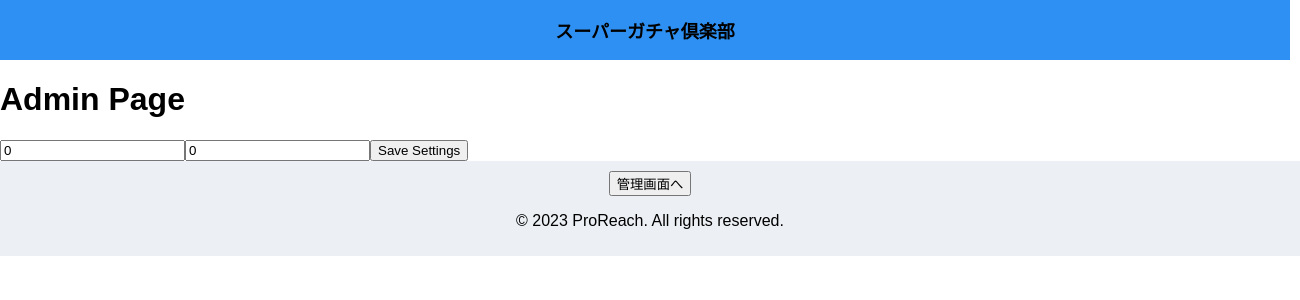
Repository: kskw0000/gggacha
Page: /admin (app in fronted/)
The author's editor kept a copy of each file at every save. The page is drawn from the files as they stood at one save, then again after the next save.
The browser window is 1280 px wide. The page is 1300 px wide, so the pictures cover 1300 px, including what lies to the right of the window. The pictures show the whole page.
The project was rebuilt for these pictures with package versions that can differ from the ones it lists, and the page was loaded fresh each time. Also part of the build but not shown: fronted/src/components/css/GachaMachine.css, fronted/src/components/pages/GachaMachine.js, fronted/src/components/pages/Gacha.js, fronted/src/components/css/WinnerPage.css, fronted/src/components/pages/WinnerPage.js.

Above is the page before, as saved 2023-07-01 11:47:15.

After the next save:
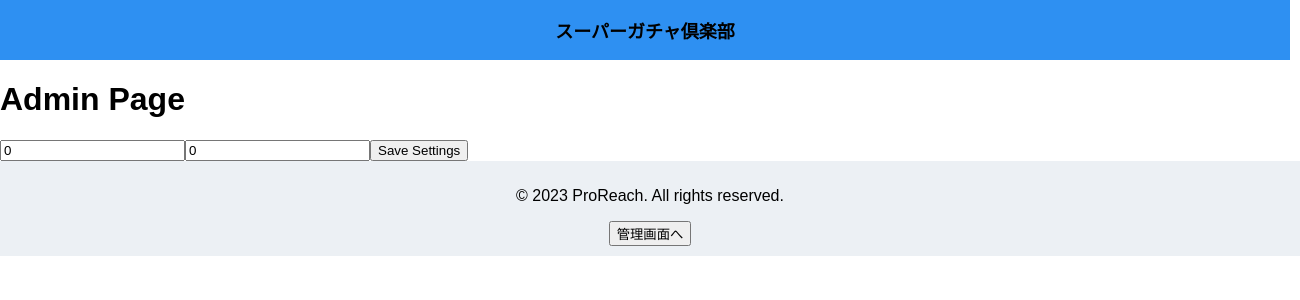
Saved 23 s later.
--- a/fronted/src/components/parts/Footer.js
+++ b/fronted/src/components/parts/Footer.js
@@ -7,10 +7,10 @@ const Footer = () => {
   return (
     <footer className="footer">
       {/* ここに著作権情報やリンクなどを配置します */}
+      <p>&copy; 2023 ProReach. All rights reserved.</p>
       <Link to="/admin">
         <button>管理画面へ</button>
       </Link>
-      <p>&copy; 2023 ProReach. All rights reserved.</p>
     </footer>
   );
 }
